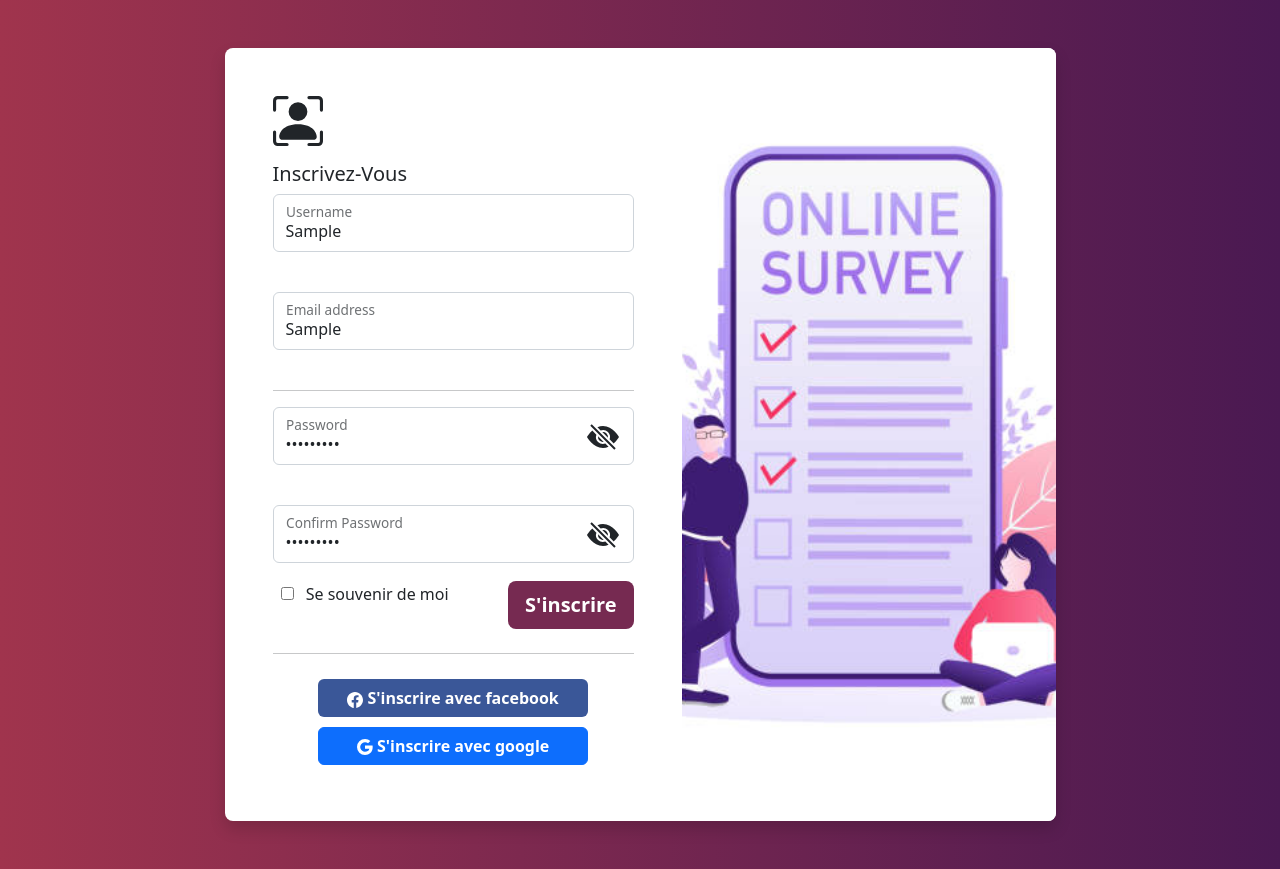
Repository: Djiamil/testsMoustaphaDER
Page: index.html
These files come from the project's save history. The page is drawn as it stood at one moment and after a run of saves; the edit follows.
The browser window is 1280 px wide. The pictures show the whole page.
Empty fields were first filled with sample values (such as "Sample", 5 or name@example.com).
After loading, the first visible `#password` was changed once.

Above is the page before, as saved 2022-12-09 11:34:44.
Console error: ReferenceError: input is not defined

### index.html
<!DOCTYPE html>
<html lang="en">
<head>
    <meta charset="UTF-8">
    <meta http-equiv="X-UA-Compatible" content="IE=edge">
    <meta name="viewport" content="width=device-width, initial-scale=1.0">
    <title>Formulaire d'inscription Futur Digital</title>
    <link rel="stylesheet" href="https://cdn.jsdelivr.net/npm/bootstrap@5.2.3/dist/css/bootstrap.min.css" integrity="sha384-rbsA2VBKQhggwzxH7pPCaAqO46MgnOM80zW1RWuH61DGLwZJEdK2Kadq2F9CUG65" crossorigin="anonymous">
    <link rel="stylesheet" href="style.css">
</head>
<body>
    <div class="container">
        <div class="row">
          <div class="col-lg-10 col-xl-9 mx-auto">
            <div class="card flex-row my-5 border-0 shadow rounded-3 overflow-hidden">
                <div class="card-body p-4 p-sm-5">
                    <div class="d-flex flex-column">
                        <svg xmlns="http://www.w3.org/2000/svg" width="50" height="50" fill="currentColor" class="bi bi-person-bounding-box mb-3" viewBox="0 0 16 16">
                            <path d="M1.5 1a.5.5 0 0 0-.5.5v3a.5.5 0 0 1-1 0v-3A1.5 1.5 0 0 1 1.5 0h3a.5.5 0 0 1 0 1h-3zM11 .5a.5.5 0 0 1 .5-.5h3A1.5 1.5 0 0 1 16 1.5v3a.5.5 0 0 1-1 0v-3a.5.5 0 0 0-.5-.5h-3a.5.5 0 0 1-.5-.5zM.5 11a.5.5 0 0 1 .5.5v3a.5.5 0 0 0 .5.5h3a.5.5 0 0 1 0 1h-3A1.5 1.5 0 0 1 0 14.5v-3a.5.5 0 0 1 .5-.5zm15 0a.5.5 0 0 1 .5.5v3a1.5 1.5 0 0 1-1.5 1.5h-3a.5.5 0 0 1 0-1h3a.5.5 0 0 0 .5-.5v-3a.5.5 0 0 1 .5-.5z"/>
                            <path d="M3 14s-1 0-1-1 1-4 6-4 6 3 6 4-1 1-1 1H3zm8-9a3 3 0 1 1-6 0 3 3 0 0 1 6 0z"/>
                        </svg>
                        <h5 class="card-title  fw-light fs-5">Inscrivez-Vous</h5>
                    </div>
                    <form class="form" id="form">

                    <div class="form-floating mb-3">
                        <input type="text" class="form-control" id="username" placeholder="Username">
                        <label for="username">Username</label>
                        <small>Error message</small>
                    </div>

                    <div class="form-floating mb-3">
                        <input type="text" class="form-control" id="email" placeholder="Enter email">
                        <label for="floatingInputEmail">Email address</label>
                        <small>Error message</small>
                    </div>

                    <hr>

                    <div class="form-floating mb-3" >
                        <svg xmlns="http://www.w3.org/2000/svg" width="16" height="16" fill="currentColor" class="bi bi-eye-slash-fill" viewBox="0 0 16 16" id="eyes" >
                            <path d="m10.79 12.912-1.614-1.615a3.5 3.5 0 0 1-4.474-4.474l-2.06-2.06C.938 6.278 0 8 0 8s3 5.5 8 5.5a7.029 7.029 0 0 0 2.79-.588zM5.21 3.088A7.028 7.028 0 0 1 8 2.5c5 0 8 5.5 8 5.5s-.939 1.721-2.641 3.238l-2.062-2.062a3.5 3.5 0 0 0-4.474-4.474L5.21 3.089z"/>
                            <path d="M5.525 7.646a2.5 2.5 0 0 0 2.829 2.829l-2.83-2.829zm4.95.708-2.829-2.83a2.5 2.5 0 0 1 2.829 2.829zm3.171 6-12-12 .708-.708 12 12-.708.708z"/>
                        </svg>
                        <input type="password" class="form-control" id="password" placeholder="Enter password">

                        <label for="floatingPassword">Password</label>
                        <small>Error message</small>
                    </div>

                    <div class="form-floating mb-3">
                        <svg xmlns="http://www.w3.org/2000/svg" width="16" height="16" fill="currentColor" class="bi bi-eye-slash-fill" viewBox="0 0 16 16" id="eyes1">
                            <path d="m10.79 12.912-1.614-1.615a3.5 3.5 0 0 1-4.474-4.474l-2.06-2.06C.938 6.278 0 8 0 8s3 5.5 8 5.5a7.029 7.029 0 0 0 2.79-.588zM5.21 3.088A7.028 7.028 0 0 1 8 2.5c5 0 8 5.5 8 5.5s-.939 1.721-2.641 3.238l-2.062-2.062a3.5 3.5 0 0 0-4.474-4.474L5.21 3.089z"/>
                            <path d="M5.525 7.646a2.5 2.5 0 0 0 2.829 2.829l-2.83-2.829zm4.95.708-2.829-2.83a2.5 2.5 0 0 1 2.829 2.829zm3.171 6-12-12 .708-.708 12 12-.708.708z"/>
                        </svg>
                        <input type="password" class="form-control" id="password2" placeholder="Confirm your password">
                        <label for="floatingPasswordConfirm">Confirm Password</label>
                    </div>

                    <div class="d-grid mb-2 w-100 d-flex justify-content-between">
                        <div>
                            <input type="checkbox" value="" class="m-2">
                            Se souvenir de moi
                        </div>
                        <button class="btn btn-lg   fw-bold  mr-25" id="btninscription">S'inscrire</button>
                    </div>

                    <hr class="my-4">
                </form>
                <div class="d-flex justify-content-center flex-column align-items-center">
                    <div class="d-grid mb-2 w-75">
                        <button class="btn btn-facebook fw-bold ">
                            <svg xmlns="http://www.w3.org/2000/svg" width="16" height="16" fill="currentColor" class="bi bi-facebook" viewBox="0 0 16 16">
                                <path d="M16 8.049c0-4.446-3.582-8.05-8-8.05C3.58 0-.002 3.603-.002 8.05c0 4.017 2.926 7.347 6.75 7.951v-5.625h-2.03V8.05H6.75V6.275c0-2.017 1.195-3.131 3.022-3.131.876 0 1.791.157 1.791.157v1.98h-1.009c-.993 0-1.303.621-1.303 1.258v1.51h2.218l-.354 2.326H9.25V16c3.824-.604 6.75-3.934 6.75-7.951z"/>
                            </svg>
                            S'inscrire avec facebook
                        </button>
                    </div>
                    <div class="d-grid mb-2 w-75">
                        <button class="btn btn-primary fw-bold ">
                            <svg xmlns="http://www.w3.org/2000/svg" width="16" height="16" fill="currentColor" class="bi bi-google" viewBox="0 0 16 16">
                                <path d="M15.545 6.558a9.42 9.42 0 0 1 .139 1.626c0 2.434-.87 4.492-2.384 5.885h.002C11.978 15.292 10.158 16 8 16A8 8 0 1 1 8 0a7.689 7.689 0 0 1 5.352 2.082l-2.284 2.284A4.347 4.347 0 0 0 8 3.166c-2.087 0-3.86 1.408-4.492 3.304a4.792 4.792 0 0 0 0 3.063h.003c.635 1.893 2.405 3.301 4.492 3.301 1.078 0 2.004-.276 2.722-.764h-.003a3.702 3.702 0 0 0 1.599-2.431H8v-3.08h7.545z"/>
                              </svg> S'inscrire avec google
                        </button>
                    </div>
                </div>
                </div>
                <div class="card-img-left d-none d-md-flex">
                    <!-- Place de l'image qui est a gauche seter dans le css!-->
                  </div>
            </div>
        </div>
    </div>
<script src="https://cdn.jsdelivr.net/npm/bootstrap@5.2.3/dist/js/bootstrap.min.js" integrity="sha384-cuYeSxntonz0PPNlHhBs68uyIAVpIIOZZ5JqeqvYYIcEL727kskC66kF92t6Xl2V" crossorigin="anonymous"></script>
<script src="script.js"></script>
</body>
</html>

### style.css
@import url('https://fonts.googleapis.com/css2?family=Open+Sans:wght@300&display=swap');
:root{
  --success-color: #2ecc71;
  --error-color: #e74c3c;
}
body {
    background: #a0344d;
    background: linear-gradient(to right, #a0344d, #4a1952);
  }

  .card-img-left {
    width: 45%;
    /* Link to your background image using in the property below! */
    background: scroll center url('./image/ins.jpg');
    background-size: cover;
  }

  /* .btn-login {
    font-size: 0.9rem;
    letter-spacing: 0.05rem;
    padding: 0.75rem 1rem;
  } */

  /* .btn-google {
    color: white !important;
    background-color: #2297f4;
  } */

  .btn-facebook {
    color: white !important;
    background-color: #3a5798;
  }
  .form-floating input:focus{
    outline: 0;
    border-color: #777;
}

.form-floating.success input{
    border-color: var(--success-color);
    margin: 2rem;
}

.form-floating.error input{
    border-color: var(--error-color);
}

  .form-floating small{
    color: var(--error-color);
    bottom: 0;
    left: 0;
    visibility: hidden;
}

.form-floating.error small{
    visibility: visible;
}
button{
  position:relative;
  margin-top: 0.1rem;
}
#btninscription{
  background-color: #762a51;
  color: white;
}
#eyes{
  float: right;
  position:absolute;
  margin-top: 4%;
  margin-left: 85%;
  width: 3rem;
  height: 2rem;
  /* position: absolute; */
  /* margin-bottom: 6rem; */
  /* margin-top: 3rem; */
}
#eyes1{
  float: right;
  position:absolute;
  margin-top: 4%;
  margin-left: 85%;
  width: 3rem;
  height: 2rem;
  /* position: absolute; */
  /* margin-bottom: 6rem; */
  /* margin-top: 3rem; */
}

### script.js
const form = document.getElementById('form');
const username = document.getElementById('username');
const email = document.getElementById('email');
const password = document.getElementById('password');
const password2 = document.getElementById('password2');
const eyes = document.getElementById('eyes');
const eyes1 = document.getElementById('eyes1');
e=true;
e1=true;
eyes.addEventListener("click", function(){
    if(e){
        password.setAttribute("type", "text")
        e=false;
    }else{
        password.setAttribute("type", "password")
        e=true;
    }
    });
    eyes1.addEventListener("click", function(){
        if(e1){
            password2.setAttribute("type", "text")
            e1=false;
        }else{
            password2.setAttribute("type", "password")
            e1=true;
        }
    });
password.addEventListener("input",checkPass);
function checkPass(){//Cette fonction verifie le mot de passe
    let mdp = this.value;
    if(/[a-z]/.test(mdp)){
        showSuccess(input)
    }else{}
    console.log(valid);
}


function showError(input, message) {//Afficher les messages d'erreur
    const formControl = input.parentElement;
    formControl.className = 'form-floating error';
    const small = formControl.querySelector('small');
    small.innerText = message;
}

function showSuccess(input) {
    const formControl = input.parentElement;
    formControl.className = 'form-floating success';
}

function checkEmail(input) {//Tester si l'email est valide :  javascript : valid email
    const re = /^(([^<>()\[\]\\.,;:\s@"]+(\.[^<>()\[\]\\.,;:\s@"]+)*)|(".+"))@((\[[0-9]{1,3}\.[0-9]{1,3}\.[0-9]{1,3}\.[0-9]{1,3}\])|(([a-zA-Z\-0-9]+\.)+[a-zA-Z]{2,}))$/;

    if (re.test(input.value.trim().toLowerCase())) {
        showSuccess(input);
    } else {
        showError(input,`Email is not valid!`);
    }
}

function checkRequired(inputArray) {// Tester si les champs ne sont pas vides
    inputArray.forEach(input => {
        if (input.value.trim() === '') {
            showError(input,`${getFieldName(input)} is required`);
        }else{
            showSuccess(input);
        }
    });
}

//
function getFieldName(input) {//Retour le nom de chaque input en se basant sur son id
    return input.id.charAt(0).toUpperCase() + input.id.slice(1);
}
//

//
function checkLength(input, min, max) {//Tester la longueur de la valeur  d'un input
    if(input.value.length < min){
        showError(input, `${getFieldName(input)} must be at least ${min} characters!`)
    }else if(input.value.length > max){
        showError(input, `${getFieldName(input)} must be less than ${max} characters !`);
    }else{
        showSuccess(input);
    }
}
//
function checkPasswordMatch(input1, input2) {//Verifie la conformité des password
    if (input1.value !== input2.value) {
        showError(input2, 'Passwords do not match!');
    }
}

form.addEventListener('submit',function(e){
    e.preventDefault();//Bloquer la soumission du formulaire

    checkpassword(password)
    checkRequired([username, email, password, password2]);
    //
    checkLength(username, 3, 15);
    checkLength(password, 10, 25);
    checkEmail(email);
    checkPasswordMatch(password,password2);


    /*
    function isValidEmail(email) {//Tester si l'email est valide
    const re = /^(([^<>()\[\]\\.,;:\s@"]+(\.[^<>()\[\]\\.,;:\s@"]+)*)|(".+"))@((\[[0-9]{1,3}\.[0-9]{1,3}\.[0-9]{1,3}\.[0-9]{1,3}\])|(([a-zA-Z\-0-9]+\.)+[a-zA-Z]{2,}))$/;
    return re.test(String(email).toLowerCase());
}
*/
});

After the next 2 saves:
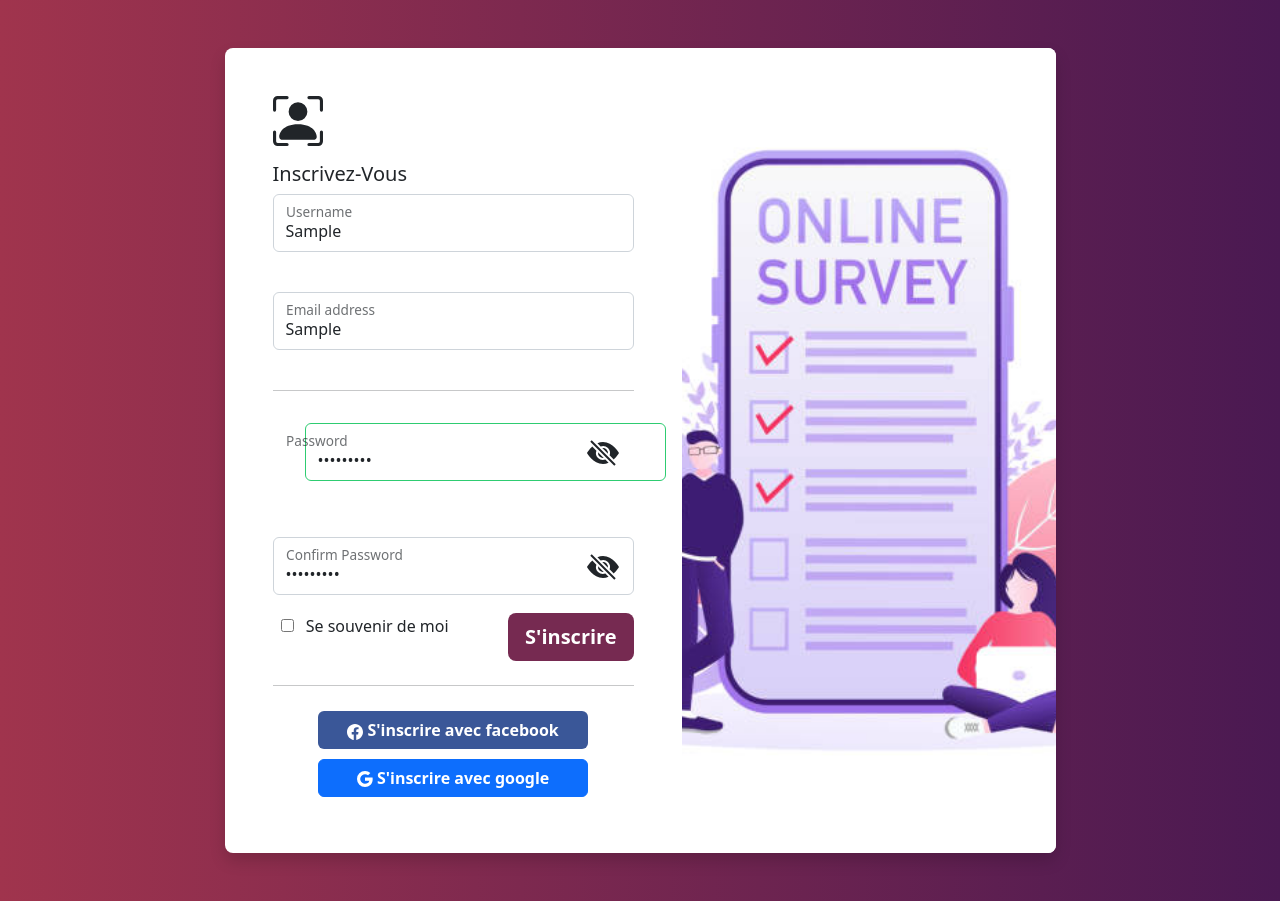
Console error: ReferenceError: valid is not defined
The 2 saves are shown as one change because they came seconds apart.
The last was saved 8 s later.
--- a/script.js
+++ b/script.js
@@ -29,7 +29,7 @@ password.addEventListener("input",checkPass);
 function checkPass(){//Cette fonction verifie le mot de passe
     let mdp = this.value;
     if(/[a-z]/.test(mdp)){
-        showSuccess(input)
+        showSuccess(password)
     }else{}
     console.log(valid);
 }
